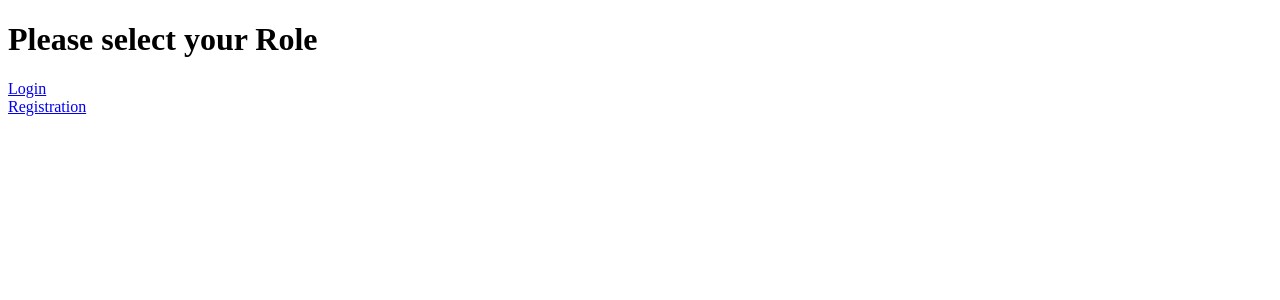
Repository: kkale14/My_allpr
Page: Kalyani1/src/main/webapp/Home.html
An editor plug-in stored every save of this project. The page is shown before and after the next save, followed by the edit.
The browser window is 1280 px wide. The pictures show the whole page.

Above is the page before, as saved 2025-03-05 08:13:28.

### Kalyani1/src/main/webapp/Home.html
<!DOCTYPE html>
<html>
<head>
<meta charset="UTF-8">
<title>Home </title>
</head>
<body>

<h1>Please select your Role</h1>

<a type="button" href="Logintab.html" >Login</a> <br/>

<a type="button" href="Reg.html" >Registration</a>


</body>
</html>

After the next save:
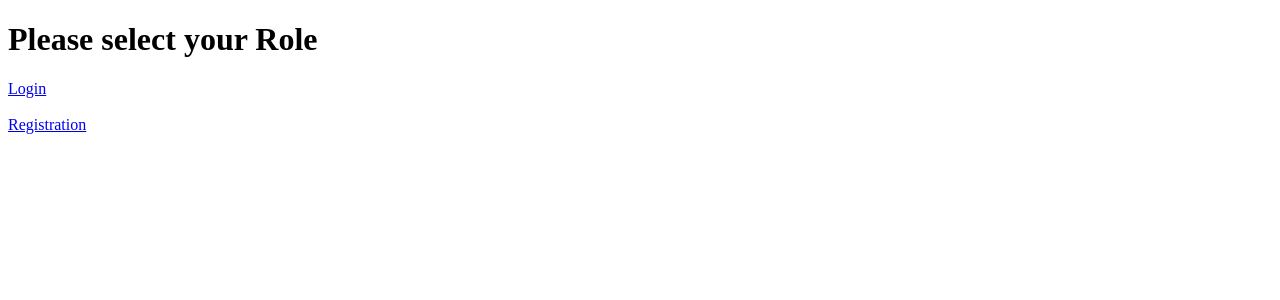
Saved 32 s later.
--- a/Kalyani1/src/main/webapp/Home.html
+++ b/Kalyani1/src/main/webapp/Home.html
@@ -8,7 +8,7 @@
 
 <h1>Please select your Role</h1>
 
-<a type="button" href="Logintab.html" >Login</a> <br/>
+<a type="button" href="Logintab.html" >Login</a> <br/><br/>
 
 <a type="button" href="Reg.html" >Registration</a>
 
